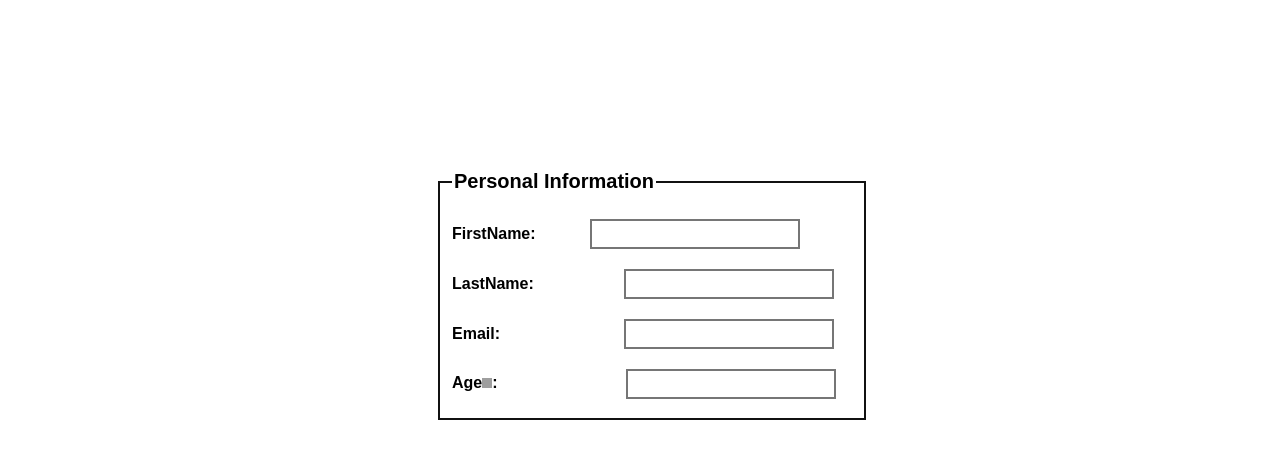
Repository: Femi007-gh/Legend
Page: index.html
An editor plug-in stored every save of this project. The page is shown before and after the next save, followed by the edit.
The browser window is 1280 px wide. The pictures show the whole page.
Pictures or frames that could not be fetched are drawn as grey boxes.

Above is the page before, as saved 2025-04-04 17:45:45.

### index.html
<html>
  <head>
    <title>LEGEND</title>
    <link rel="stylesheet" href="style.css">
  </head>
  <body>
    <form>
      <fieldset class="field">
        <legend class="ld">Personal Information</legend>
        <label class="first">FirstName:</label>
        <input type="text" class="FN"><br>

        <label class="last">LastName:</label>
        <input type="text" class="LN"> <br>

        <label class="mail">Email:</label>
        <input type="text" class="email"> <br>

        <label class="yourage">Age<img src="doc.jpg" class="doc">:</label>
        <input type="text" class="age"> <br>
      </fieldset>
    </form>
  </body>
</html>

### style.css
body {
  font-family:Arial, Helvetica, sans-serif;
  font-weight: bold;
}

.ld {
  font-size: 20px;
}

.doc {
  height: 10px;
  width: 10px;
}

.field {
  border: 2px solid #111;
  width: 400px;
  height: 230px;
  margin-left: 430px;
  margin-top: 170px;
}

.FN {
  margin-top: 20px;
  margin-left: 50px;
  border-style: solid;
  height: 30px;
  width: 210px;
}

.LN {
  margin-top: 20px;
  margin-left: 86px;
  border-style: solid;
  height: 30px;
  width: 210px;
}

.email {
  margin-top: 20px;
  margin-left:120px;
  height: 30px;
  border-style: solid;
  width: 210px;
}

.age {
  margin-top: 20px;
  margin-left: 124px;
  border-style: solid;
  height: 30px;
  width: 210px;
}

After the next save:
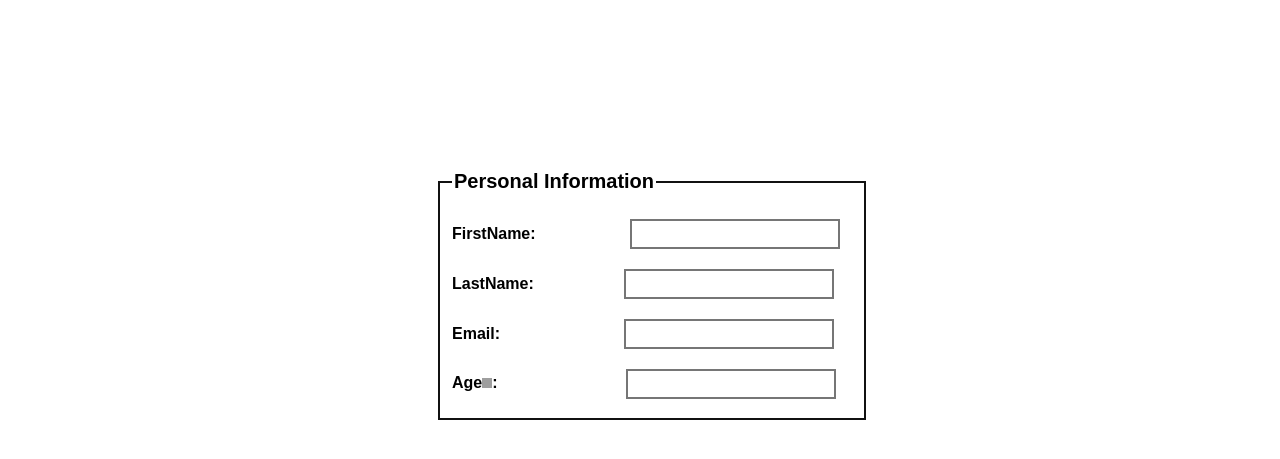
Saved 25 s later.
--- a/style.css
+++ b/style.css
@@ -22,7 +22,7 @@ body {
 
 .FN {
   margin-top: 20px;
-  margin-left: 50px;
+  margin-left: 90px;
   border-style: solid;
   height: 30px;
   width: 210px;
